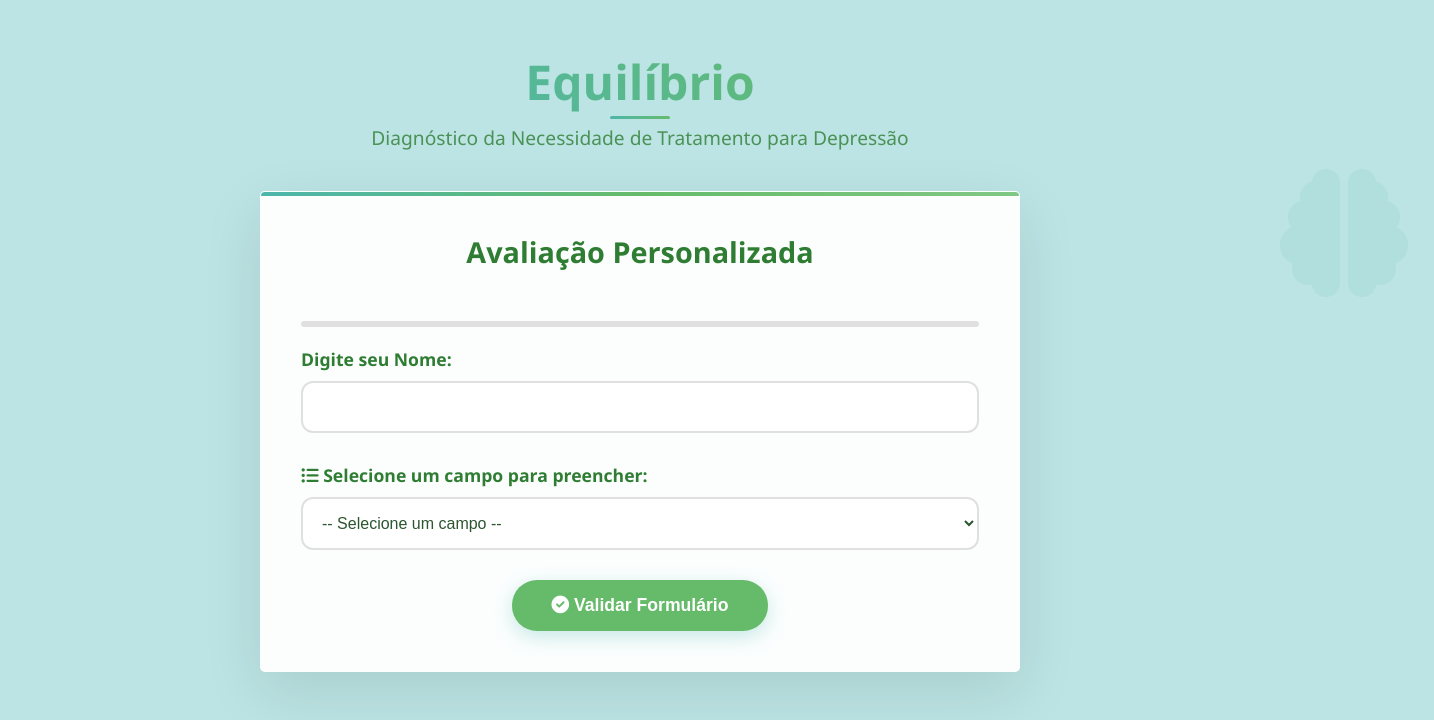
Repository: giulialorrany/lab4.1-equilibrio
Page: projetoLab/templates/index.html
The author's editor kept a copy of each file at every save. The page is drawn from the files as they stood at one save, then again after the next save.
The browser window is 1280 px wide. The page is 1434 px wide, so the pictures cover 1434 px, including what lies to the right of the window. The pictures show the whole page.

Above is the page before, as saved 2025-09-12 21:16:58.

After the next save:
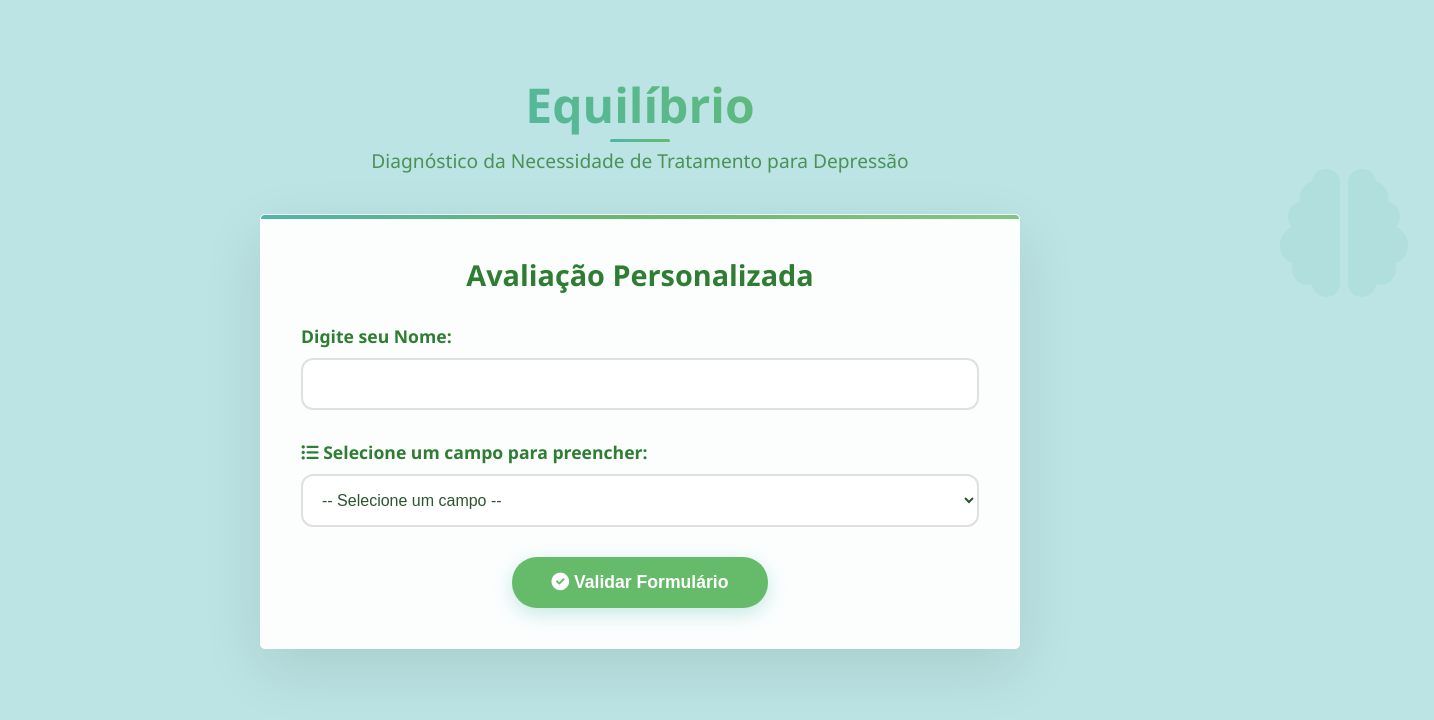
Saved 7 s later.
--- a/projetoLab/templates/index.html
+++ b/projetoLab/templates/index.html
@@ -300,22 +300,6 @@
             transform: translateY(-1px);
         }
 
-        .progress-bar {
-            width: 100%;
-            height: 6px;
-            background: #e0e0e0;
-            border-radius: 3px;
-            margin: 20px 0;
-            overflow: hidden;
-        }
-
-        .progress-fill {
-            height: 100%;
-            background: linear-gradient(90deg, #4db6ac, #66bb6a);
-            width: 0%;
-            transition: width 0.6s ease;
-            border-radius: 3px;
-        }
 
         .floating-icons {
             position: absolute;
